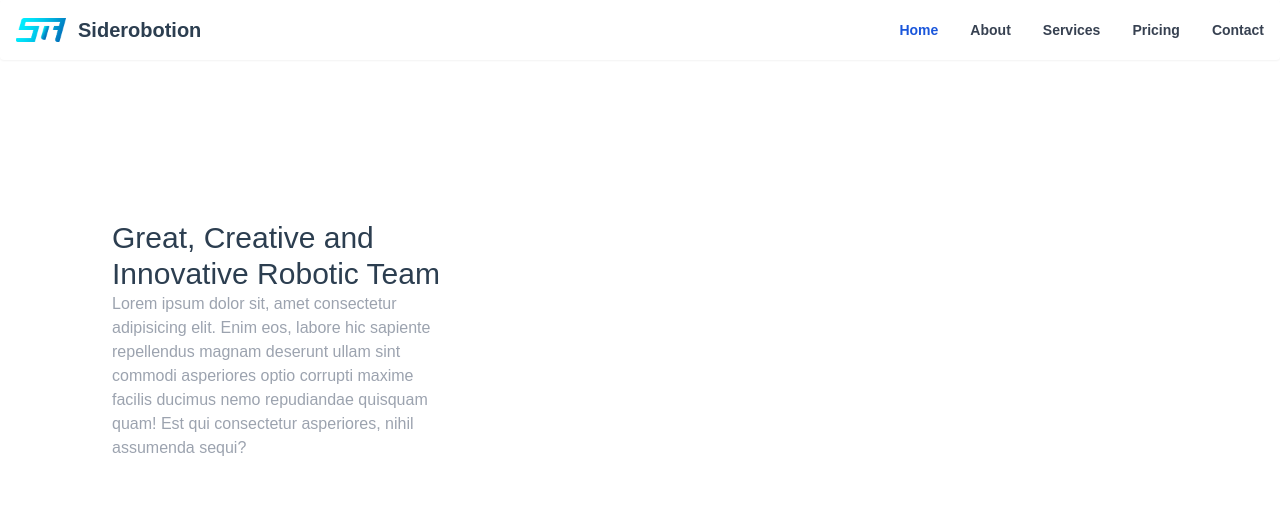
Repository: khulqu15/siderobotion
Page: /
These files come from the project's save history. The page is drawn as it stood at one moment and after the next save; the edit follows.
The browser window is 1280 px wide. The pictures show the whole page.
The project was rebuilt for these pictures with package versions that can differ from the ones it lists, and the page was loaded fresh each time. Also part of the build but not shown: vue.config.js.

Above is the page before, as saved 2022-06-12 02:11:47.

After the next save:
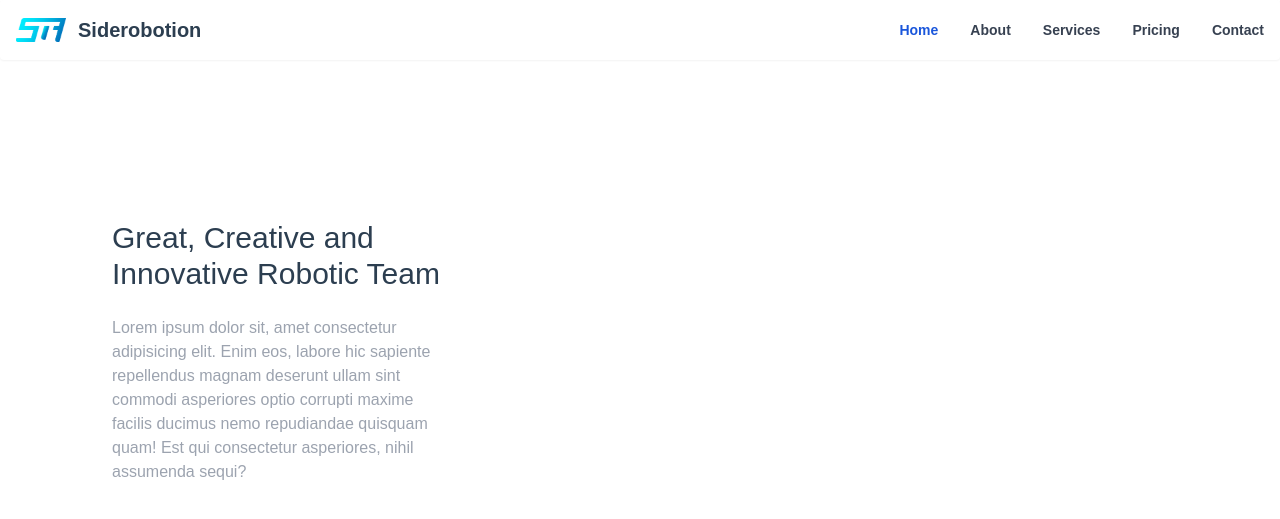
Saved 6 s later.
--- a/src/views/HomeView.vue
+++ b/src/views/HomeView.vue
@@ -4,7 +4,7 @@
     <div class="px-28 py-12 grid grid-cols-3 gap-4">
       <div class="py-28 text-start">
         <h1 class="text-3xl">Great, Creative and Innovative Robotic Team </h1>
-        <p class="text-gray-400">Lorem ipsum dolor sit, amet consectetur adipisicing elit. Enim eos, labore hic sapiente repellendus magnam deserunt ullam sint commodi asperiores optio corrupti maxime facilis ducimus nemo repudiandae quisquam quam! Est qui consectetur asperiores, nihil assumenda sequi?</p>
+        <p class="text-gray-400 mt-6">Lorem ipsum dolor sit, amet consectetur adipisicing elit. Enim eos, labore hic sapiente repellendus magnam deserunt ullam sint commodi asperiores optio corrupti maxime facilis ducimus nemo repudiandae quisquam quam! Est qui consectetur asperiores, nihil assumenda sequi?</p>
       </div>
     </div>
   </web-layout>
